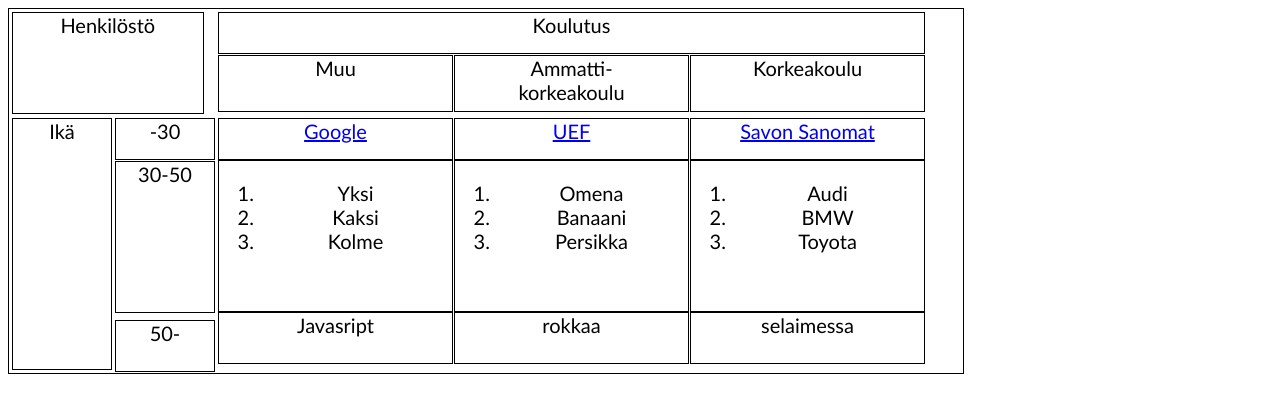
Repository: Niina-Maria/tehtavat-12-17-Niina-Maria2
Page: teht14.html
The author's editor kept a copy of each file at every save. The page is drawn from the files as they stood at one save, then again after the next save.
The browser window is 1280 px wide. The pictures show the whole page.

Above is the page before, as saved 2024-11-18 15:41:07.

### teht14.html
<!DOCTYPE html>
<html>
    <head><link rel="stylesheet" href="teht14.css"></head>
    <body>
        <div class="grid-container">

                <div class="header">Henkilöstö</div>
                <div class="header2">Koulutus</div>

                <div class="main">Muu</div>
                <div class="main2">Ammatti-<br>korkeakoulu</div>
                <div class="main3">Korkeakoulu</div>


                <div class="navMain">Ikä</div>
                <div class="navMain2">-30</div>
                <div class="navMain3">30-50</div>
                <div class="navMain4">50-</div>

                <div>
                <div class="main4"><a href="www.google.com">Google</a></div>
                <div class="main7">
                    <ol>
                        <li>Yksi</li>
                        <li>Kaksi</li>
                        <li>Kolme</li>
                    </ol>
                </div>
                <div class="footer">Javasript</div>
                </div>

                <div>
                <div class="main5"><a href="https://www.uef.fi/fi">UEF</a></div>
                <div class="main8">
                    <ol>
                    <li>Omena</li>
                    <li>Banaani</li>
                    <li>Persikka</li>
                </ol>
                </div>
                <div class="footer2">rokkaa</div>
            </div>
            <div>

                <div class="main6"><a href="https://www.savonsanomat.fi/">Savon Sanomat</a></div>
                <div class="main9">
                    <ol>
                        <li>Audi</li>
                        <li>BMW</li>
                        <li>Toyota</li>
                    </ol>
                </div>
                <div class="footer3">selaimessa</div>
            </div>





             <!--    <div class="main7">
                    <ol>
                        <li>Yksi</li>
                        <li>Kaksi</li>
                        <li>Kolme</li>
                    </ol>
                </div> -->

               <!--  <div class="main8">
                    <ol>
                    <li>Omena</li>
                    <li>Banaani</li>
                    <li>Persikka</li>
                </ol>
                </div> -->


          <!--       <div class="main9">
                    <ol>
                        <li>Audi</li>
                        <li>BMW</li>
                        <li>Toyota</li>
                    </ol>
                </div> -->


                <!-- <div class="footer">Javasript</div> -->
                <!-- <div class="footer2">rokkaa</div> -->
                <!-- <div class="footer3">selaimessa</div>    -->
            </div>


        </body>
    </html>



            <!-- <tr>
                <tr>
                    <th rowspan="6">Ikä</th>
                    <th >-30</th>
                    <td><a href="www.google.com">Google</a></td>
                    <td><a href="https://www.uef.fi/fi">UEF</a></td>
                    <td><a href="https://www.savonsanomat.fi/">Savon Sanomat</a></td>
                </tr>
                <tr>
                    <th>30-50</th>
                    <td>
                        <ol>
                            <li>Yksi</li>
                            <li>Kaksi</li>
                            <li>Kolme</li>
                        </ol>
                    </td>
                    <td>
                        <ol>
                            <li>Omena</li>
                            <li>Banaani</li>
                            <li>Persikka</li>
                        </ol>
                    </td>
                    <td>
                        <ol>
                            <li>Audi</li>
                            <li>BMW</li>
                            <li>Toyota</li>
                    </ol>
                    </td>
                </tr>

                <tr>
                    <th>50-</th>
                    <td style="font-size:30px; "><strong><em>Javascript</em></strong></td>
                    <td style="font-size:30px; "><strong><em>rokkaa</em></strong></td>
                    <td style="font-size:30px; "><strong><em>selaimessa</em></strong></td>
                </tr>
            </tr> -->

### teht14.css

.grid-container{
    display: grid;
    width: 75%;
    grid-template-columns: 100px 100px 233px 233px 233px;
    grid-template-areas:
    "header header header2 header2 header2"
    "header header main main2 main3"
    "navMain navMain2 main4 main5 main6"
    "navMain navMain3 main7 main8 main9"
    "navMain navMain3 main7 main8 main9"
    "navMain navMain3 main7 main8 main9"
    "navMain navMain4 footer footer2 footer3";
    grid-template-rows: 40px 60px 40px 50px 50px 50px 50px;
    grid-gap: 3px;
    border-width: 1px;
    border-style: solid;
    padding: 3px;
    }

.grid-container {
    display: grid;
}

.header {
    grid-area: header;
    grid-column: 1/span2;
    grid-row: 1/span 2;
    border-width: 1px;
    border-style: solid;
    font-size: 20px;
    font-family: 'Gill Sans', 'Gill Sans MT', Calibri, 'Trebuchet MS', sans-serif;
    font-style: bold;
    text-align: center;
    height: 100px;
    width: 20%;
    }

.header2 {
    grid-area: header2;
    grid-column: 3/span 3;
    grid-row: 1/span 1;
    font-size: 20px;
    font-family: 'Gill Sans', 'Gill Sans MT', Calibri, 'Trebuchet MS', sans-serif;
    font-style: bold;
    text-align: center;
    border-width: 1px;
    border-style: solid;
    width: 100%;
    height: 40px;
    }

.navMain{
    grid-area: navMain;
    grid-column: 1;
    grid-row: 3/span 4;
    font-size: 20px;
    font-family: 'Gill Sans', 'Gill Sans MT', Calibri, 'Trebuchet MS', sans-serif;
    font-style: bold;
    text-align: center;
    width: 30%px;
    height: 250px;
    border-width: 1px;
    border-style: solid;
}

.navMain2 {
    grid-area: navMain2;
    grid-column: 2 ;
    grid-row: 3;
    font-size: 20px;
    font-family: 'Gill Sans', 'Gill Sans MT', Calibri, 'Trebuchet MS', sans-serif;
    font-style: bold;
    text-align: center;
    width: 98%;
    height: 40px;
    border-width: 1px;
    border-style: solid;
}


.main{
    grid-area: main;
    grid-column: 3;
    grid-row: 2;
    font-size: 20px;
    font-family: 'Gill Sans', 'Gill Sans MT', Calibri, 'Trebuchet MS', sans-serif;
    font-style: bold;
    text-align: center;
    border-width: 1px;
    border-style: solid;
    height: 55px;
    width: 233px;

}

.main2 {
    grid-area: main2;
    grid-column: 4;
    grid-row: 2;
    font-size: 20px;
    font-family: 'Gill Sans', 'Gill Sans MT', Calibri, 'Trebuchet MS', sans-serif;
    font-style: bold;
    text-align: center;
    border-width: 1px;
    border-style: solid;
    height: 55px;
    width: 233px;
}

.main3{
    grid-area: main3;
    grid-column: 5;
    grid-row: 2;
    font-size: 20px;
    font-family: 'Gill Sans', 'Gill Sans MT', Calibri, 'Trebuchet MS', sans-serif;
    font-style: bold;
    text-align: center;
    border-width: 1px;
    border-style: solid;
    height: 55px;
    width: 233px;
}



.main4 {
    grid-area: main4;
    grid-column: 3;
    grid-row: 3;
    font-size: 20px;
    font-family: 'Gill Sans', 'Gill Sans MT', Calibri, 'Trebuchet MS', sans-serif;
    font-style: bold;
    text-align: center;
    border-width: 1px;
    border-style: solid;
    height: 40px;
    width: 233px;
}

.main5{
    grid-area: main5;
    grid-column: 4;
    grid-row: 3;
    font-size: 20px;
    font-family: 'Gill Sans', 'Gill Sans MT', Calibri, 'Trebuchet MS', sans-serif;
    font-style: bold;
    text-align: center;
    border-width: 1px;
    border-style: solid;
    height: 40px;
    width: 233px;
}
.main6{
    grid-area: main6;
    grid-column: 5;
    grid-row: 3;
    font-size: 20px;
    font-family: 'Gill Sans', 'Gill Sans MT', Calibri, 'Trebuchet MS', sans-serif;
    font-style: bold;
    text-align: center;
    border-width: 1px;
    border-style: solid;
    height: 40px;
    width: 233px;
}


.navMain3 {
        grid-area: navMain3;
        grid-column: 2;
        grid-row: 4/span 3;
        font-size: 20px;
        font-family: 'Gill Sans', 'Gill Sans MT', Calibri, 'Trebuchet MS', sans-serif;
        font-style: bold;
        text-align: center;
        width: 98px;
        height: 150px;
        border-width: 1px;
        border-style: solid;
        gap: 3px;
    }

.main7{
        grid-area: main7;
        grid-column: 3;
        grid-row: 4/span 3;
        font-size: 20px;
        font-family: 'Gill Sans', 'Gill Sans MT', Calibri, 'Trebuchet MS', sans-serif;
        font-style: bold;
        text-align: center;
        border-width: 1px;
        border-style: solid;
        height: 150px;
        width: 233px;
    }

.main8{
        grid-area: main8;
        grid-column: 4;
        grid-row: 1/span 3;
        font-size: 20px;
        font-family: 'Gill Sans', 'Gill Sans MT', Calibri, 'Trebuchet MS', sans-serif;
        font-style: bold;
        text-align: center;
        border-width: 1px;
        border-style: solid;
        height: 150px;
        width: 233px;
    }


    .main9{
        grid-area: main9;
        grid-column: 5;
        grid-row: 4/span 3;
        font-size: 20px;
        font-family: 'Gill Sans', 'Gill Sans MT', Calibri, 'Trebuchet MS', sans-serif;
        font-style: bold;
        text-align: center;
        border-width: 1px;
        border-style: solid;
        height: 150px;
        width: 233px;
    }

    .navMain4 {
        grid-area: navMain4;
        grid-column: 2/span 1;
        grid-row: 7/span 1;
        font-size: 20px;
        font-family: 'Gill Sans', 'Gill Sans MT', Calibri, 'Trebuchet MS', sans-serif;
        font-style: bold;
        text-align: center;
        width: 98px;
        height: 50px;
        border-width: 1px;
        border-style: solid;
    }
    .footer {
        grid-area: footer;
        grid-column: 3;
        grid-row: 7/span 1;
        font-size: 20px;
        font-family: 'Gill Sans', 'Gill Sans MT', Calibri, 'Trebuchet MS', sans-serif;
        font-style: bold;
        text-align: center;
        width: 233px;
        height: 50px;
        border-width: 1px;
        border-style: solid;
    }

    .footer2 {
        grid-area: footer2;
        grid-column: 4;
        grid-row: 7/span 1;
        font-size: 20px;
        font-family: 'Gill Sans', 'Gill Sans MT', Calibri, 'Trebuchet MS', sans-serif;
        font-style: bold;
        text-align: center;
        width: 233px;
        height: 50px;
        border-width: 1px;
        border-style: solid;
    }

    .footer3 {
        grid-area: footer3;
        grid-column: 5;
        grid-row: 7/span 1;
        font-size: 20px;
        font-family: 'Gill Sans', 'Gill Sans MT', Calibri, 'Trebuchet MS', sans-serif;
        font-style: bold;
        text-align: center;
        width: 233px;
        height: 50px;
        border-width: 1px;
        border-style: solid;
    }

After the next save:
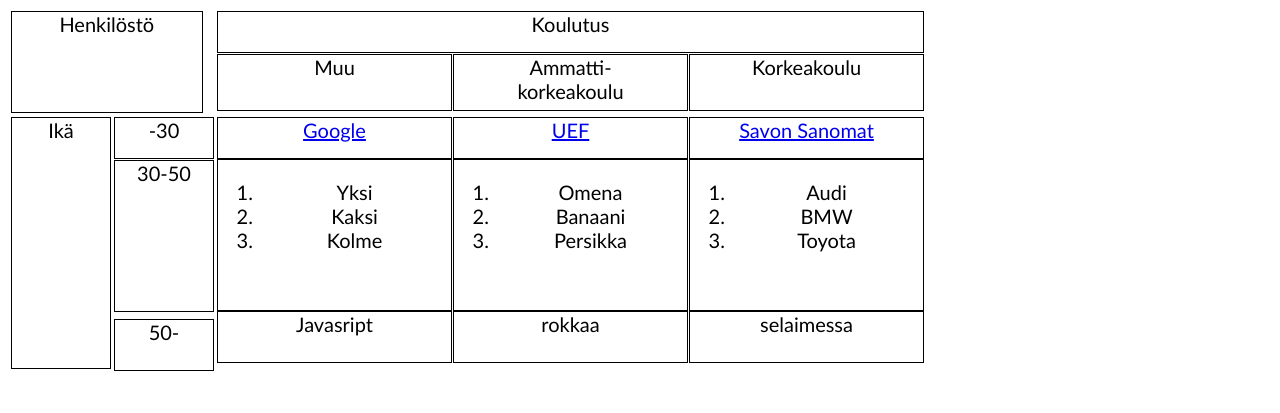
Saved 57 s later.
--- a/teht14.css
+++ b/teht14.css
@@ -13,8 +13,9 @@
     "navMain navMain4 footer footer2 footer3";
     grid-template-rows: 40px 60px 40px 50px 50px 50px 50px;
     grid-gap: 3px;
-    border-width: 1px;
-    border-style: solid;
+    /* border-width: 1px;
+    border-style: solid; */
+    border: auto 1px solid;
     padding: 3px;
     }
 

After the save that followed:
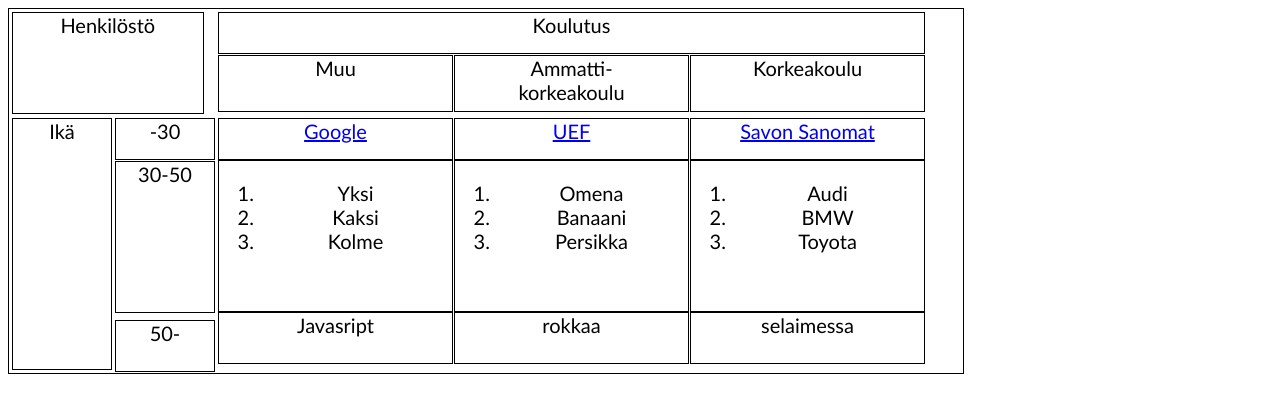
Saved 12 s later.
--- a/teht14.css
+++ b/teht14.css
@@ -13,8 +13,8 @@
     "navMain navMain4 footer footer2 footer3";
     grid-template-rows: 40px 60px 40px 50px 50px 50px 50px;
     grid-gap: 3px;
-    /* border-width: 1px;
-    border-style: solid; */
+    border-width: 1px;
+    border-style: solid;
     border: auto 1px solid;
     padding: 3px;
     }
